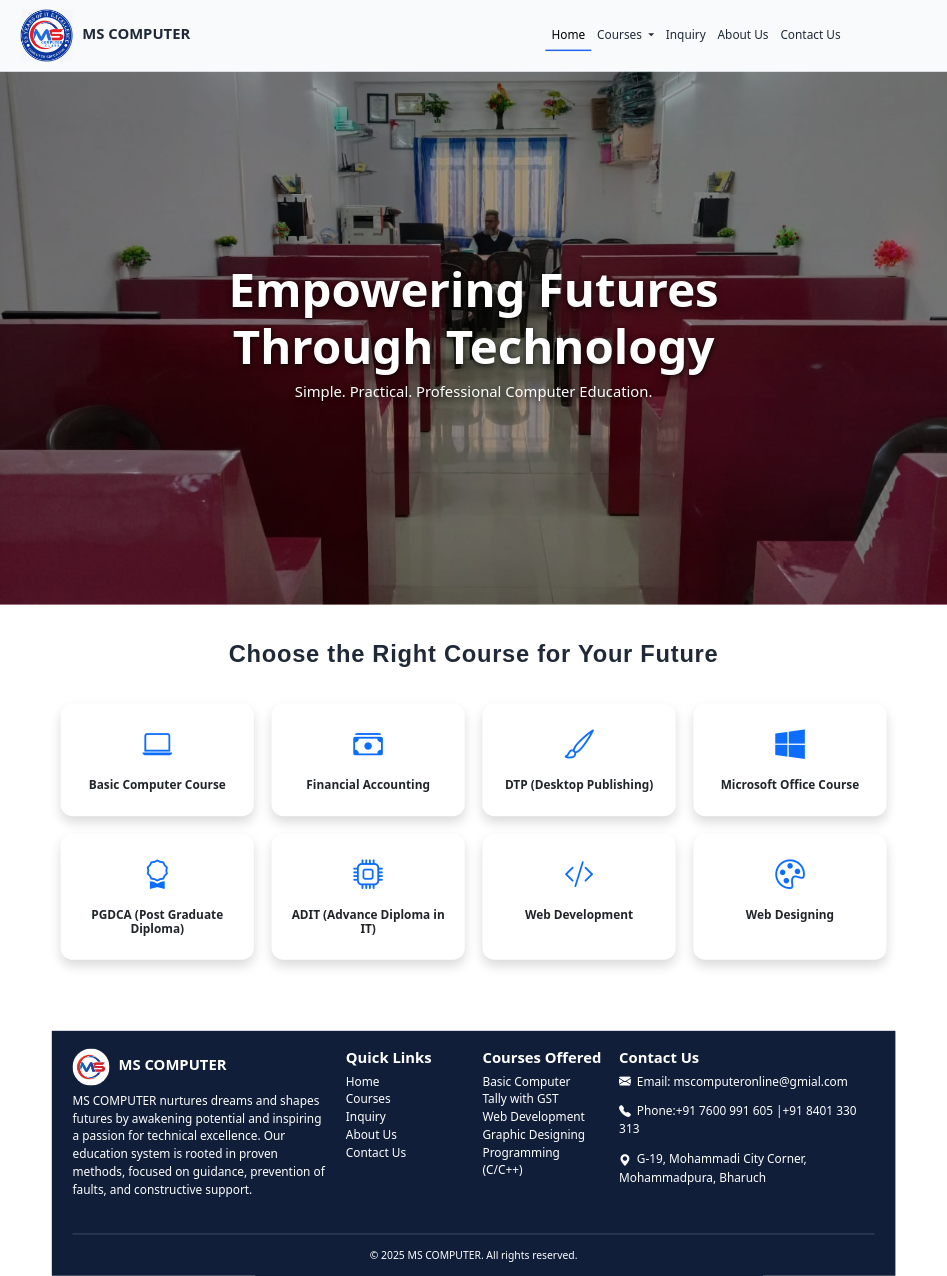
Repository: mscomputer2025/mscomputer
Page: http://localhost/
An editor plug-in stored every save of this project. The page is shown before and after the next save, followed by the edit.
The browser window is 1280 px wide. The pictures show the whole page, at 74% of full size.
Some web fonts or font styles are not loaded; a fallback is used. The page is served by the project's Laravel application, run on PHP 8.4 with Laravel 12. Queries for data that is not in the repository find no rows.

Above is the page before, as saved 2025-07-01 14:39:44.

After the next save:
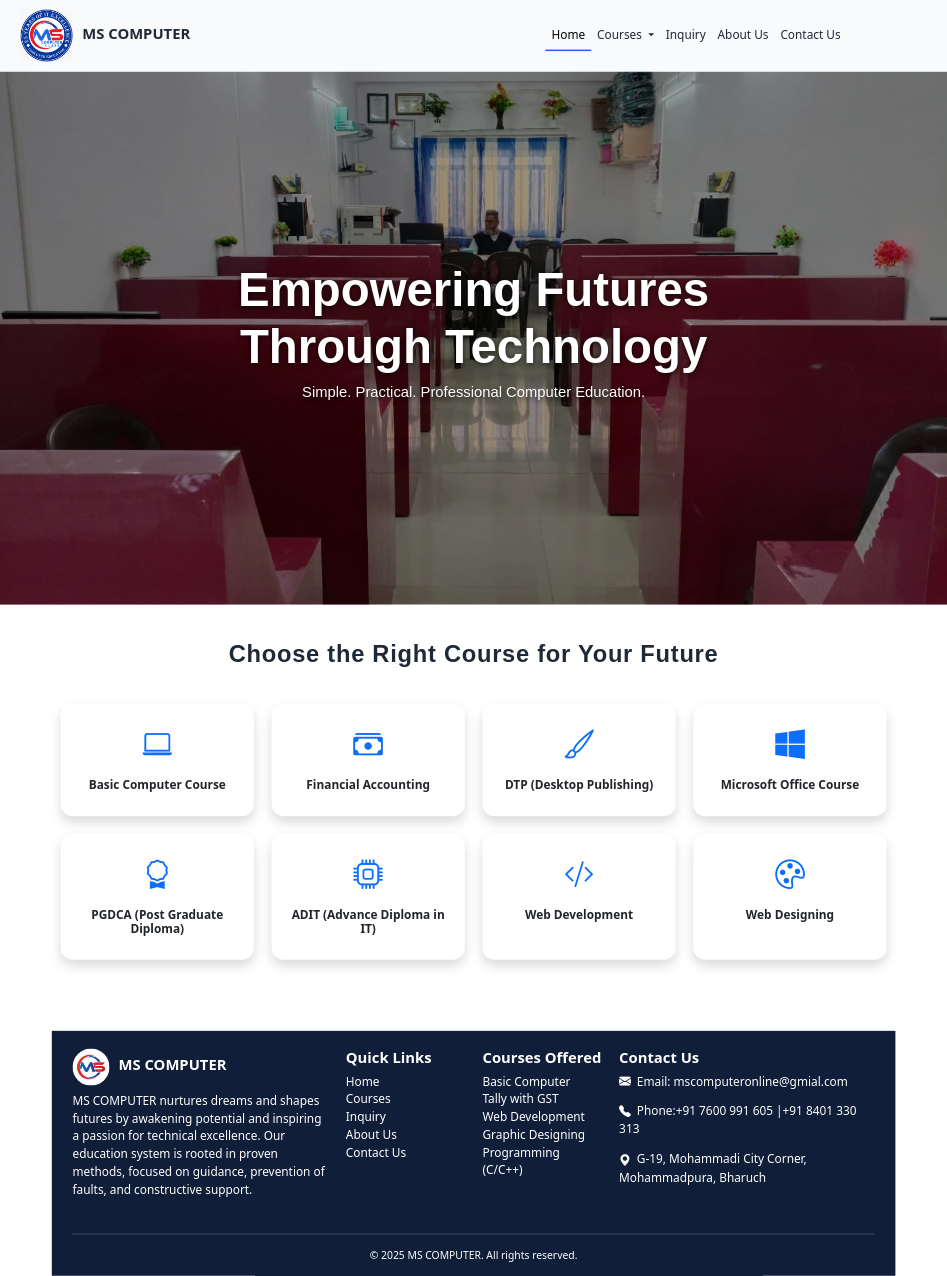
Saved 44 s later.
--- a/public/css/master.css
+++ b/public/css/master.css
@@ -69,6 +69,8 @@
   text-align: center;
   color: white;
   overflow: hidden;
+     font-family: 'Orbitron', sans-serif;
+
   padding: 0 15px;
 }
 

After the 5 saves that followed:
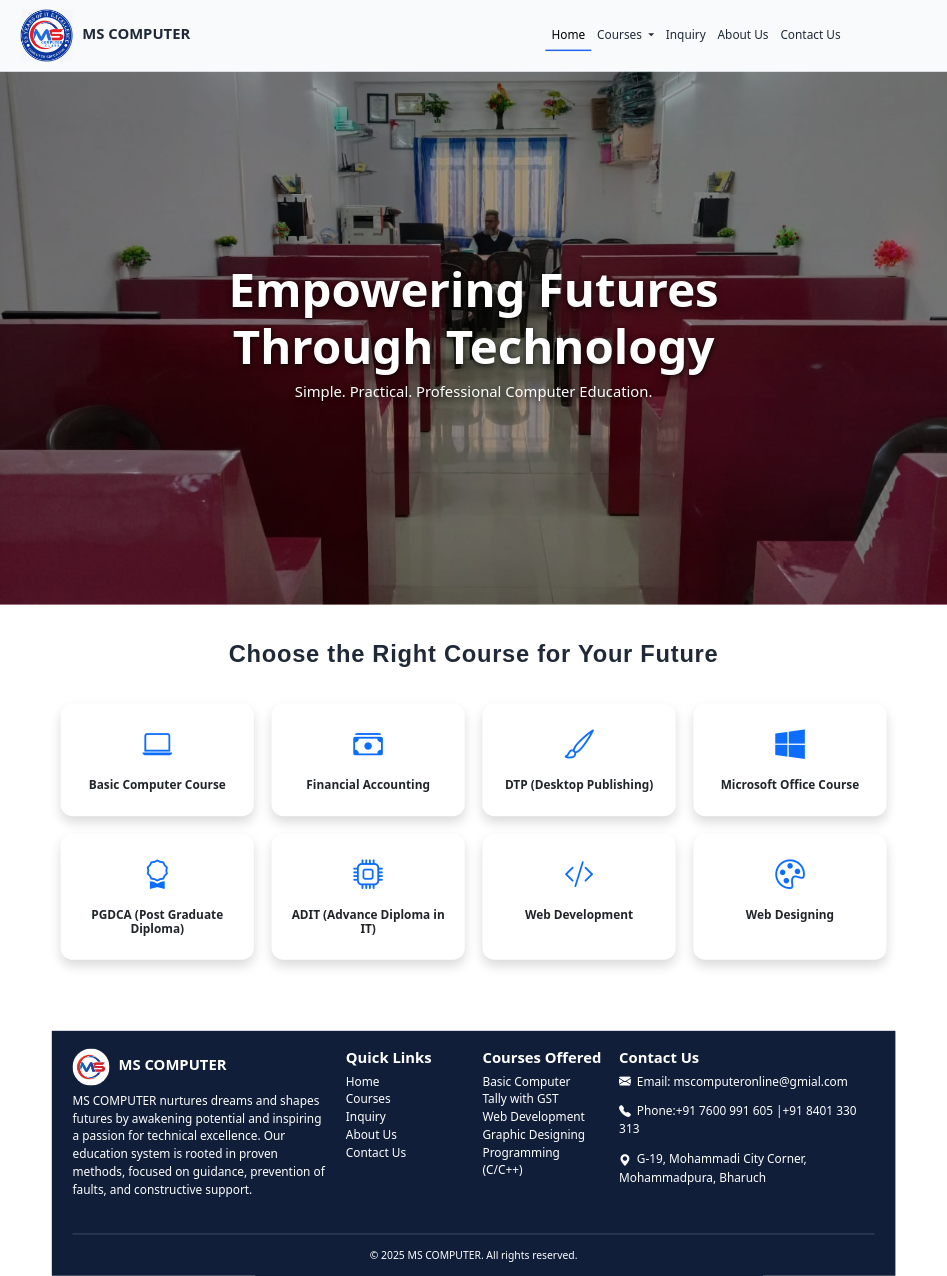
The 5 saves are shown as one change because 1 left the picture as it was and some came seconds apart.
The last was saved 62 s later.
--- a/public/css/master.css
+++ b/public/css/master.css
@@ -6,18 +6,22 @@
   --footer-text: #bde6e0;
   --footer-link-hover: #2563EB;
 }
+
 .navbar {
   background-color: var(--primary-light);
   border-bottom: 1px solid #e2e8f0;
 }
+
 .navbar .navbar-brand span {
   color: var(--nav-text);
   font-weight: 700;
 }
+
 .navbar .nav-link {
   color: var(--nav-text);
   font-weight: 500;
 }
+
 .navbar .nav-link.active,
 .navbar .nav-link:hover {
   color: var(--accent-blue);
@@ -30,35 +34,43 @@
   border: 1px solid #e2e8f0;
   box-shadow: 0 6px 12px rgba(0, 0, 0, 0.1);
 }
+
 .navbar .dropdown-item {
   color: var(--nav-text);
 }
+
 .navbar .dropdown-item:hover {
   background-color: var(--accent-blue);
   color: white;
 }
+
 footer.footer-bg {
   background-color: var(--footer-bg);
   color: var(--footer-text);
 }
+
 footer.footer-bg span h5 {
   color: var(--footer-text);
 }
+
 footer.footer-bg a {
   color: var(--footer-text);
   text-decoration: none;
 }
+
 footer.footer-bg a:hover {
   color: var(--footer-link-hover);
   text-decoration: underline;
 }
+
 footer.footer-bg hr {
   border-top: 1px solid #cbd5e1;
 }
+
 .hero {
   width: 100%;
-  height: 100vh; /* full screen height */
-  background-image: url('../images/herosection.jpeg'); /* adjust path if needed */
+  height: 100vh;
+  background-image: url('../images/herosection.jpeg');
   background-position: center center;
   background-size: cover;
   background-repeat: no-repeat;
@@ -69,8 +81,7 @@
   text-align: center;
   color: white;
   overflow: hidden;
-     font-family: 'Orbitron', sans-serif;
-
+  /* font-family: 'Orbitron', sans-serif; */
   padding: 0 15px;
 }
 
@@ -78,11 +89,12 @@
   content: "";
   position: absolute;
   inset: 0;
-  background-color: rgba(0, 0, 0, 0.4); /* dark overlay */
+  background-color: rgba(0, 0, 0, 0.4);
+  /* dark overlay */
   z-index: 1;
 }
 
-.hero > div {
+.hero>div {
   position: relative;
   z-index: 2;
   text-shadow: 0 2px 8px rgba(0, 0, 0, 0.8);
@@ -114,15 +126,18 @@
     font-size: 0.95rem;
   }
 }
+
 .course-box {
   transition: transform 0.3s ease,
 }
+
 .course-box:hover {
   transform: translateY(-5px);
   box-shadow: 0 10px 20px rgba(12, 12, 12, 0.1);
 }
+
 .heading-styled {
-   font-family: 'Orbitron', sans-serif;
+  font-family: 'Orbitron', sans-serif;
   font-size: 2rem;
   letter-spacing: 1px;
   color: #1f2937;
@@ -130,10 +145,11 @@
 }
 
 @media (max-width: 576px) {
-  .heading-styled{
+  .heading-styled {
     font-size: 1.5rem;
   }
 }
+
 .heading-styled::after {
   content: "";
   width: 60%;
